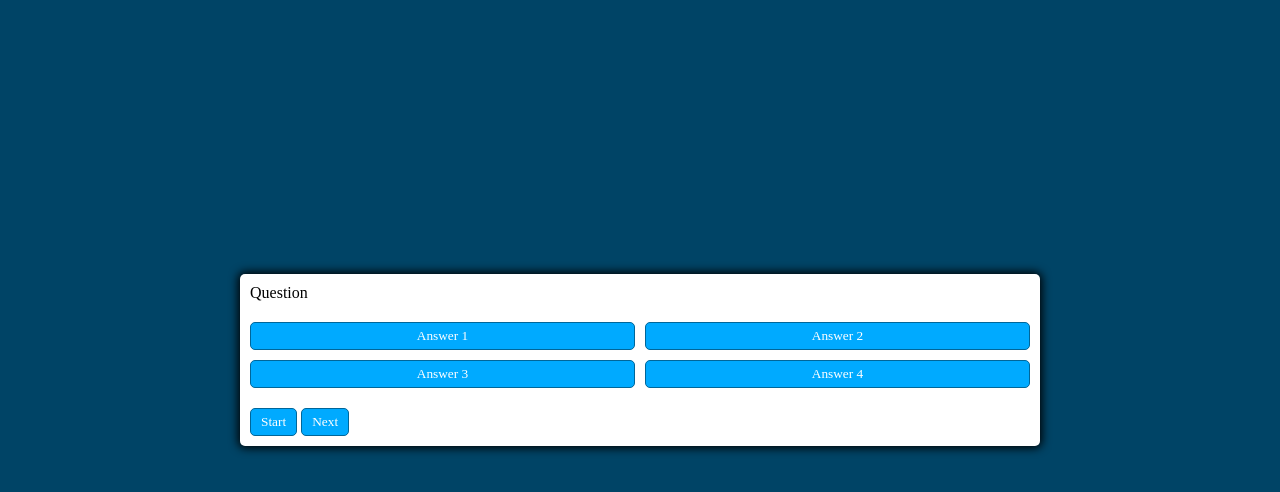
Repository: DaNiels89/quiz-js
Page: index.html
An editor plug-in stored every save of this project. The page is shown before and after the next save, followed by the edit.
The browser window is 1280 px wide. The pictures show the whole page.

Above is the page before, as saved 2020-06-22 09:51:35.

### index.html
<!DOCTYPE html>
<html lang="en">

<head>
    <meta charset="UTF-8">
    <meta name="viewport" content="width=device-width, initial-scale=1.0">
    <link rel="stylesheet" href="css/styles.css">
    <script defer scr="script.js"></script>
    <title>Quiz</title>
</head>

<body>
    <div class="container">
        <div id="question-container" class="hide">
            <div class="question">Question</div>
            <div id="answer-buttons" class="btn-grid">
                <button class="btn">Answer 1</button>
                <button class="btn">Answer 2</button>
                <button class="btn">Answer 3</button>
                <button class="btn">Answer 4</button>
            </div>
        </div>
        <div class="controls">
            <button id="start-btn" class="start-btn btn">Start</button>
            <button id="next-btn" class="next-btn btn">Next</button>
        </div>
    </div>
</body>

</html>

### css/styles.css
*, *::before, *::after {
    box-sizing: border-box;
    font-family: Gotham Rounded;
}

:root {
    --hue-neutral: 200;
    --hue-wrong: 0;
    --hue-correct: 145;
}

body {
    --hue: var(--hue-neutral);
    padding: 0;
    margin: 0;
    display: flex;
    width: 100vw;
    height: 100vh;
    justify-content: center;
    align-items: center;
    background-color: hsl(var(--hue), 100%, 20%);
}

body.correct {
    --hue: var(--hue-correct);
}

body.wrong {
    --hue: var(--hue-wrong);
}

.container {
    width: 800px;
    max-width: 80%;
    background-color: white;
    border-radius: 5px;
    padding: 10px;
    box-shadow: 0 0 10px 2px;
}

.btn-grid {
    display: grid;
    grid-template-columns: repeat(2, auto);
    gap: 10px;
    margin: 20px 0;
}

.btn {
    --hue: var(--hue-neutral);
    border: 1px solid hsl(var(--hue), 100%, 30%);
    background-color: hsl(var(--hue), 100%, 50%);
    border-radius: 5px;
    padding: 5px 10px;
    color: white;
    outline: none;
}

.btn:hover {
    border-color: black
}

.btn.correct {
    --hue: var(--hue-correct)
}

body.wrong {
    --hue: var(--hue-wrong);
}

After the next save:
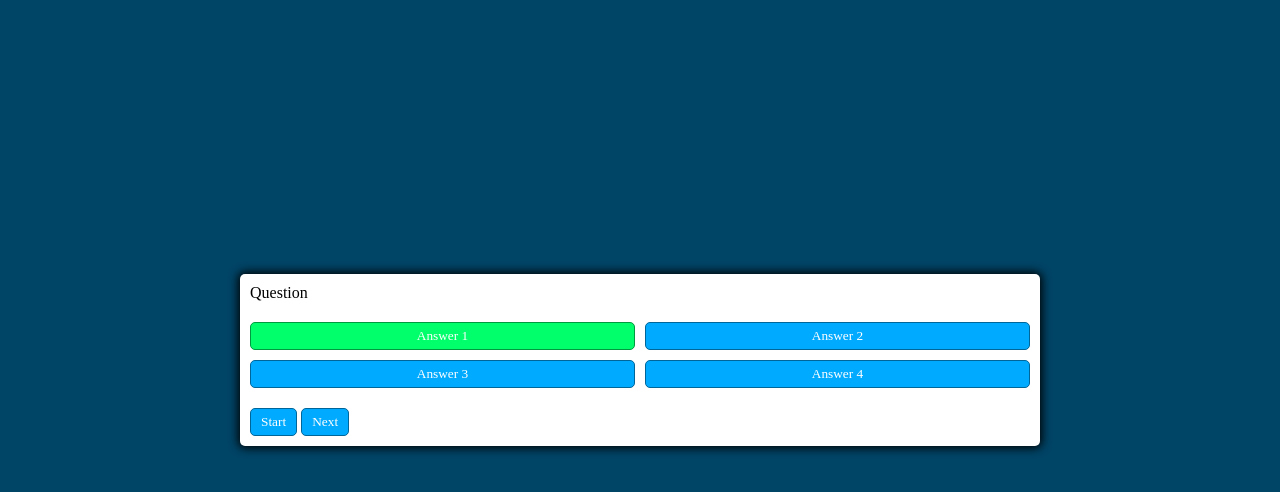
Saved 11 s later.
--- a/index.html
+++ b/index.html
@@ -14,8 +14,8 @@
         <div id="question-container" class="hide">
             <div class="question">Question</div>
             <div id="answer-buttons" class="btn-grid">
-                <button class="btn">Answer 1</button>
-                <button class="btn">Answer 2</button>
+                <button class="btn correct">Answer 1</button>
+                <button class="btn wrong">Answer 2</button>
                 <button class="btn">Answer 3</button>
                 <button class="btn">Answer 4</button>
             </div>
